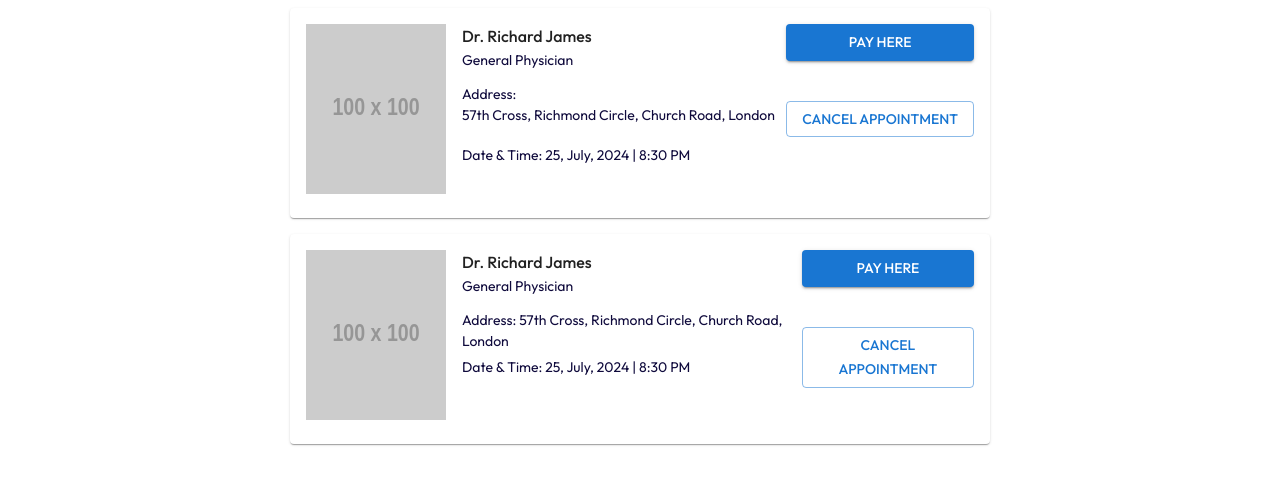
Repository: Ali-Dmerdash/DEPI_GRAD
Page: /
An editor plug-in stored every save of this project. The page is shown before and after a run of saves, followed by the edit.
The browser window is 1280 px wide. The pictures show the whole page.
The project was rebuilt for these pictures with package versions that can differ from the ones it lists, and the page was loaded fresh each time. Also part of the build but not shown: vite.config.ts.

Above is the page before, as saved 2024-10-08 20:59:38.

After the next 2 saves:
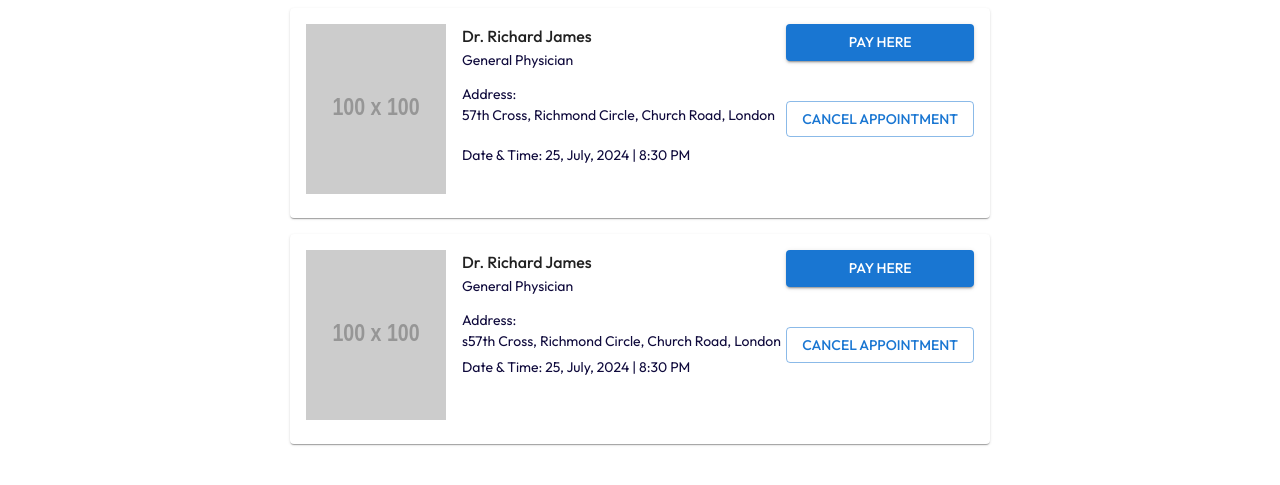
The 2 saves are shown as one change because they came seconds apart.
The last was saved 19 s later.
--- a/src/pages/myappointment/index.tsx
+++ b/src/pages/myappointment/index.tsx
@@ -74,7 +74,8 @@ const MyAppointment: React.FC = () => {
                 fontSize="14px"
                 sx={{ marginBottom: "5px" }}
               >
-                Address: 57th Cross, Richmond Circle, Church Road, London
+                Address: <br />
+                s57th Cross, Richmond Circle, Church Road, London
               </Typography>
               <Typography color="#0F0A3C" fontSize="14px">
                 Date & Time: 25, July, 2024 | 8:30 PM
